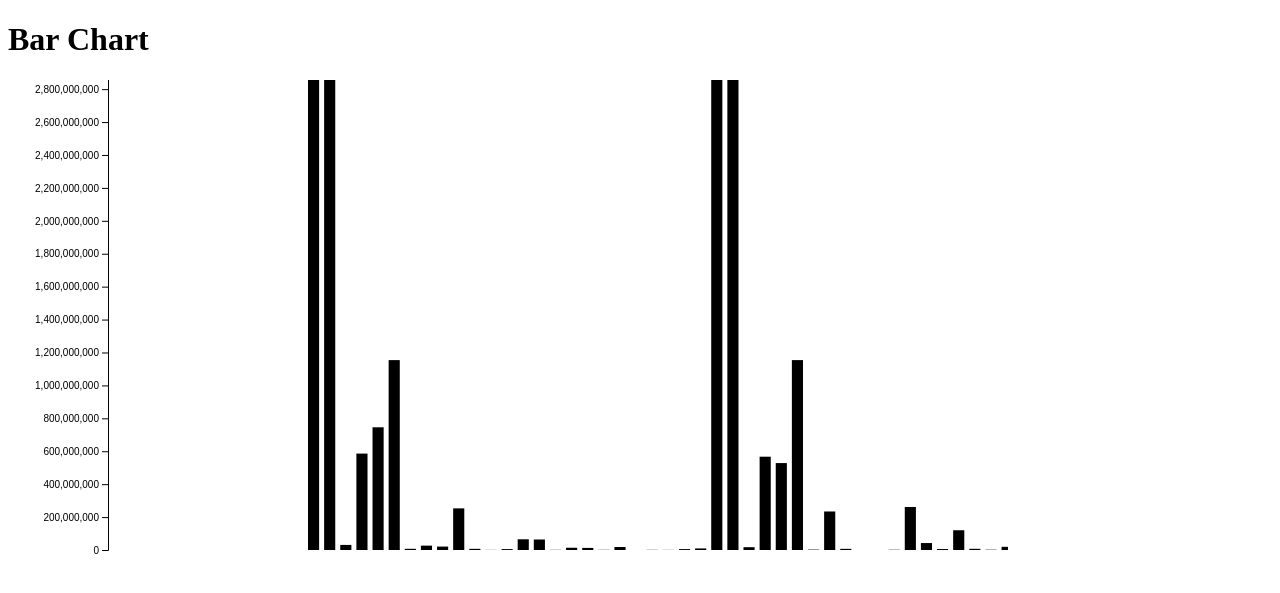
Repository: komalharjani/d3js-visualisation
Page: index.html
The author's editor kept a copy of each file at every save. The page is drawn from the files as they stood at one save, then again after a run of saves.
The browser window is 1280 px wide. The pictures show the whole page.

Above is the page before, as saved 2020-04-29 18:47:02.

After the next 2 saves:
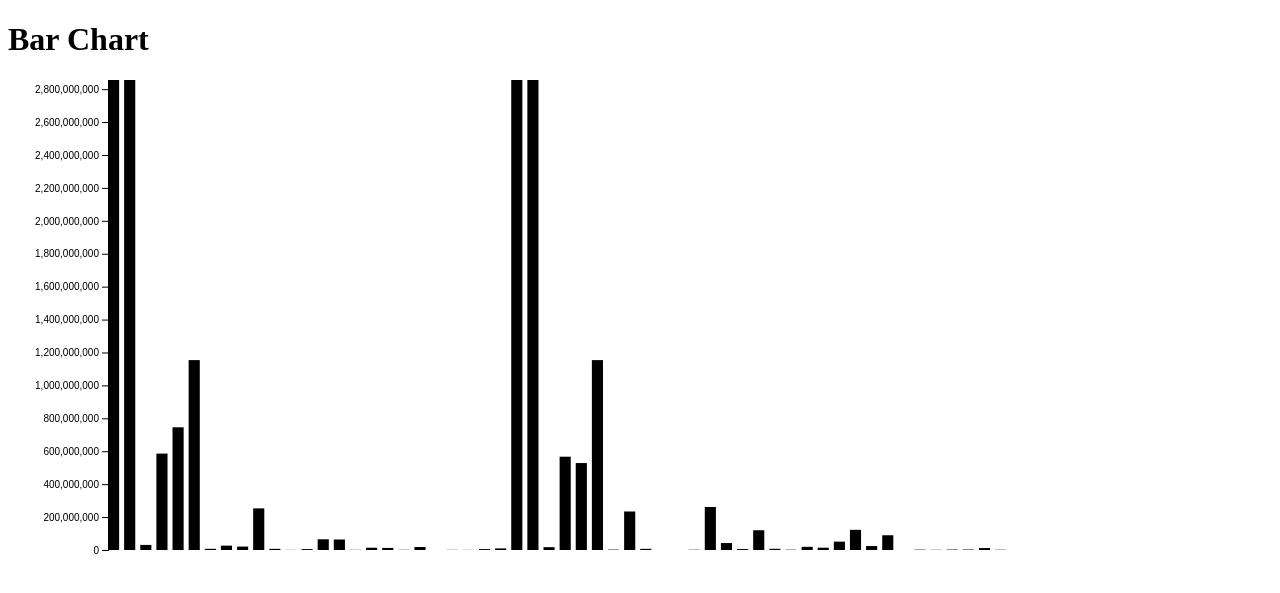
The 2 saves are shown as one change because they came seconds apart.
The last was saved 7 s later.
--- a/index.js
+++ b/index.js
@@ -78,7 +78,7 @@ d3.csv(dataPath)
                         })
                         .attr("width", barwidth - 5)
                         .attr("transform", function (d, i) {
-                                let translate = [300 + barwidth * i,-30];
+                                let translate = [100 + barwidth * i,-30];
                                 return "translate(" + translate + ")";
                         })
                         .attr("fill", 'black');
